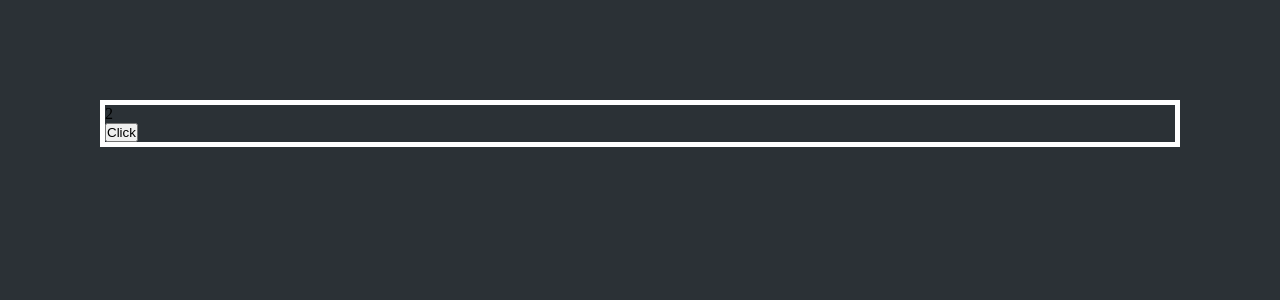
Repository: wakoya-tech/react-project
Page: Desktop/shaakala/hara/index.html
The author's editor kept a copy of each file at every save. The page is drawn from the files as they stood at one save, then again after the next save.
The browser window is 1280 px wide. The pictures show the whole page.

Above is the page before, as saved 2025-08-29 15:58:50.

### Desktop/shaakala/hara/index.html
<!DOCTYPE html>
<html lang="en">
<head>
    <meta charset="UTF-8">
    <meta name="viewport" content="width=device-width, initial-scale=1.0">
    <title>Document</title>
</head>
<style>
    *{
        box-sizing: border-box;
        margin: 0;
        padding: 0;

    }
    body{
        background-color: rgb(43, 49, 54);
    }
.wako{
    border: 5px solid white;
    margin: 100px;
}
</style>
<body>
    <div class="wako">
    <div class="div2">
        2
        <div class="div1">
            <button>Click</button>
        </div>
    </div>
    </div>
    <script src="../hara/script.js"></script>
</body>
</html>

Loaded but not shown: Desktop/shaakala/hara/script.js (no stored copy; drawn as an empty file)

After the next save:
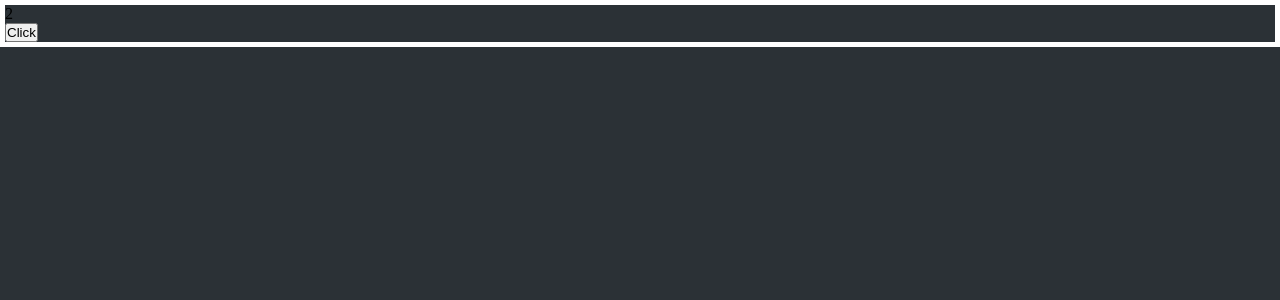
Saved 40 s later.
--- a/Desktop/shaakala/hara/index.html
+++ b/Desktop/shaakala/hara/index.html
@@ -17,7 +17,7 @@
     }
 .wako{
     border: 5px solid white;
-    margin: 100px;
+    margin: 0;
 }
 </style>
 <body>
